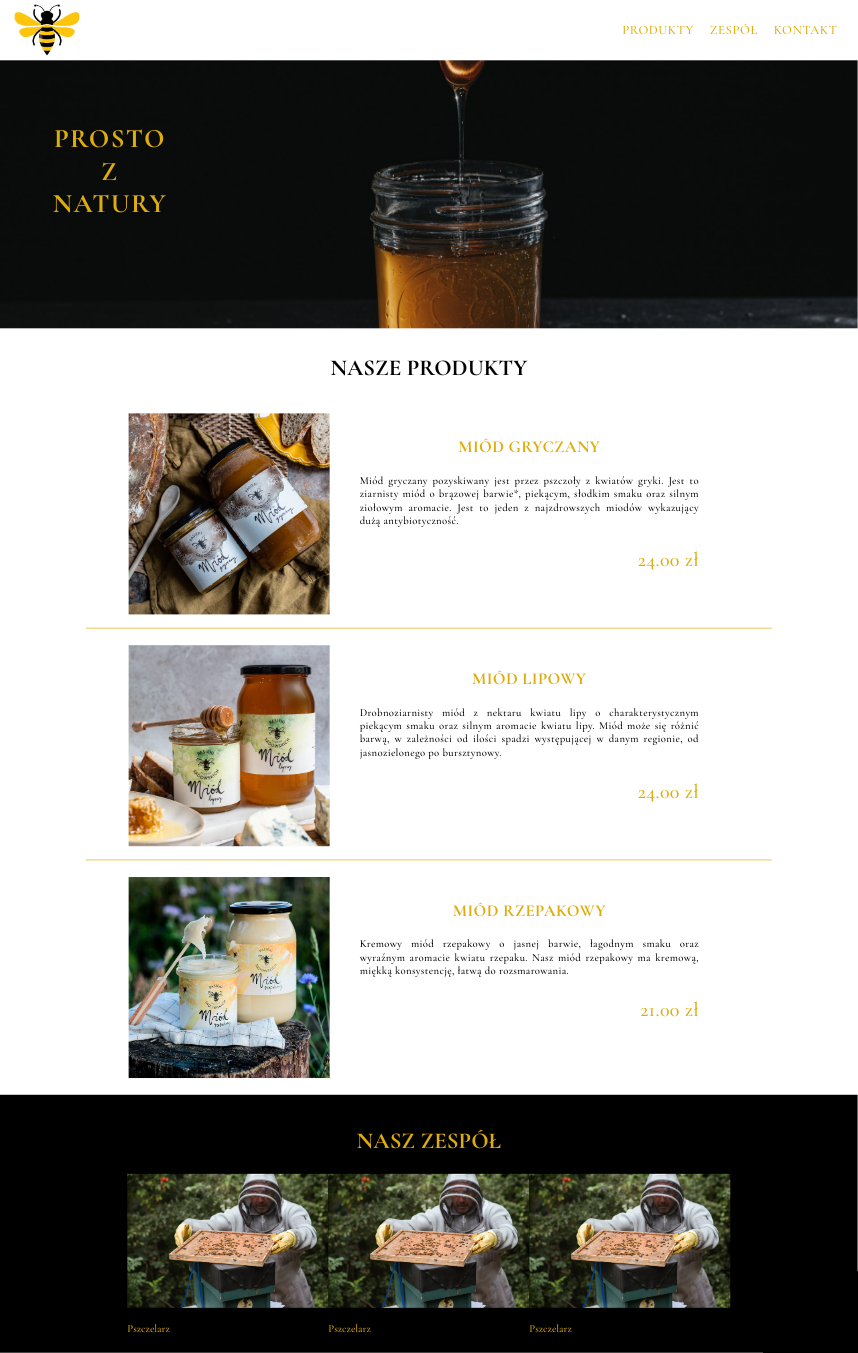
Repository: rucpata/company_page_honey
Page: index.html
These files come from the project's save history. The page is drawn as it stood at one moment and after a run of saves; the edit follows.
The browser window is 1280 px wide. The pictures show the whole page, at 67% of full size.

Above is the page before, as saved 2021-01-15 17:13:17.

After the next 5 saves:
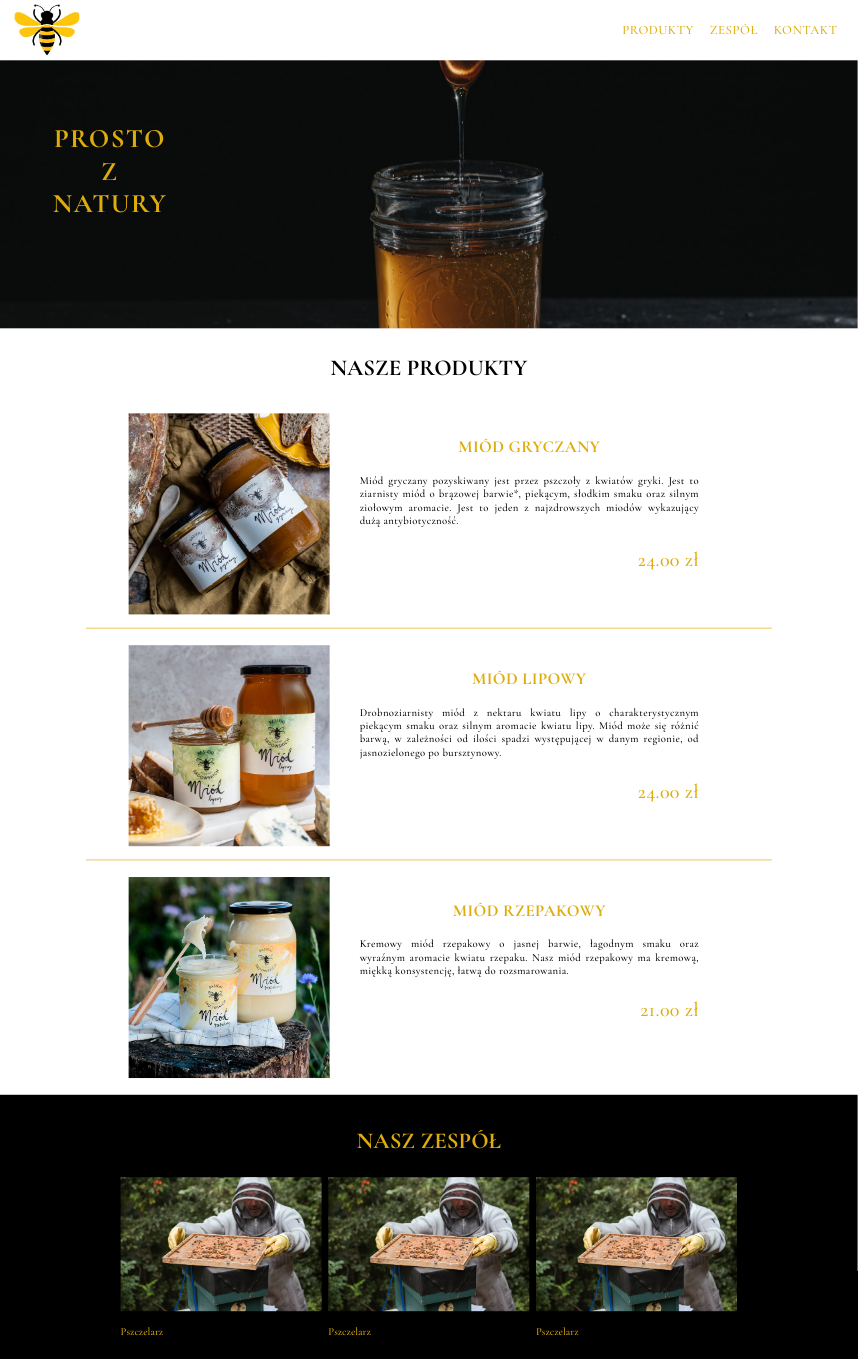
The 5 saves are shown as one change because they came seconds apart.
The last was saved 9 s later.
--- a/styles.css
+++ b/styles.css
@@ -127,7 +127,7 @@
     flex-wrap: wrap;
 }
 .person{
-    margin: ;
+    margin: 5px 5px;
 }
 
 .person img{
